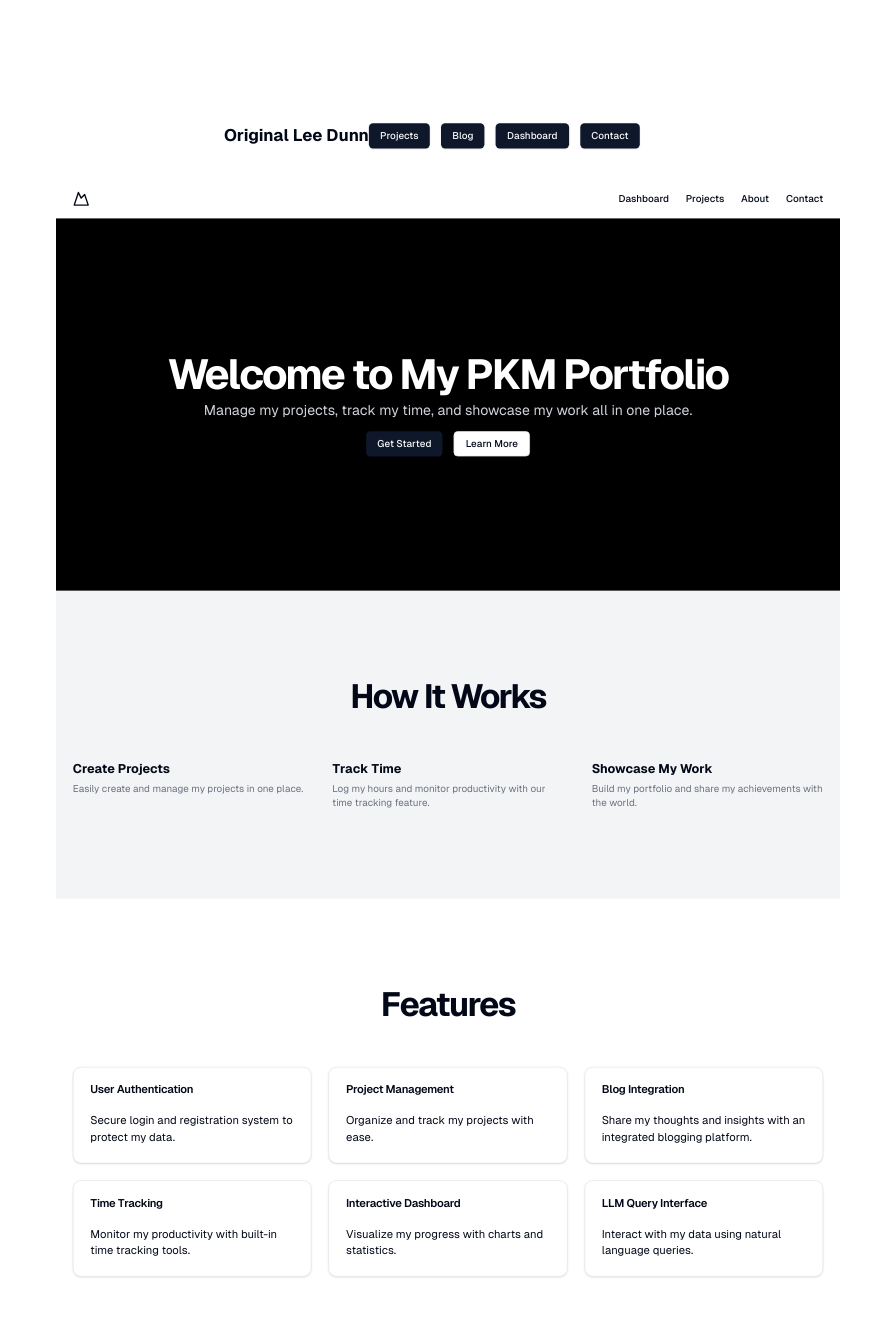
Repository: OriginalLeeDunn/pkm-portfolio
Page: /
The author's editor kept a copy of each file at every save. The page is drawn from the files as they stood at one save, then again after the next save.
The browser window is 1280 px wide. The pictures show the part of the page from y = 0 to 1920 px (the page is 3619 px tall), at 70% of full size.
The project was rebuilt for these pictures with package versions that can differ from the ones it lists, and the page was loaded fresh each time. The framework's server and built-in components were replaced by stand-ins that run in the browser. Also part of the build but not shown: next.config.mjs.

Above is the page before, as saved 2024-10-16 08:47:39.

After the next save:
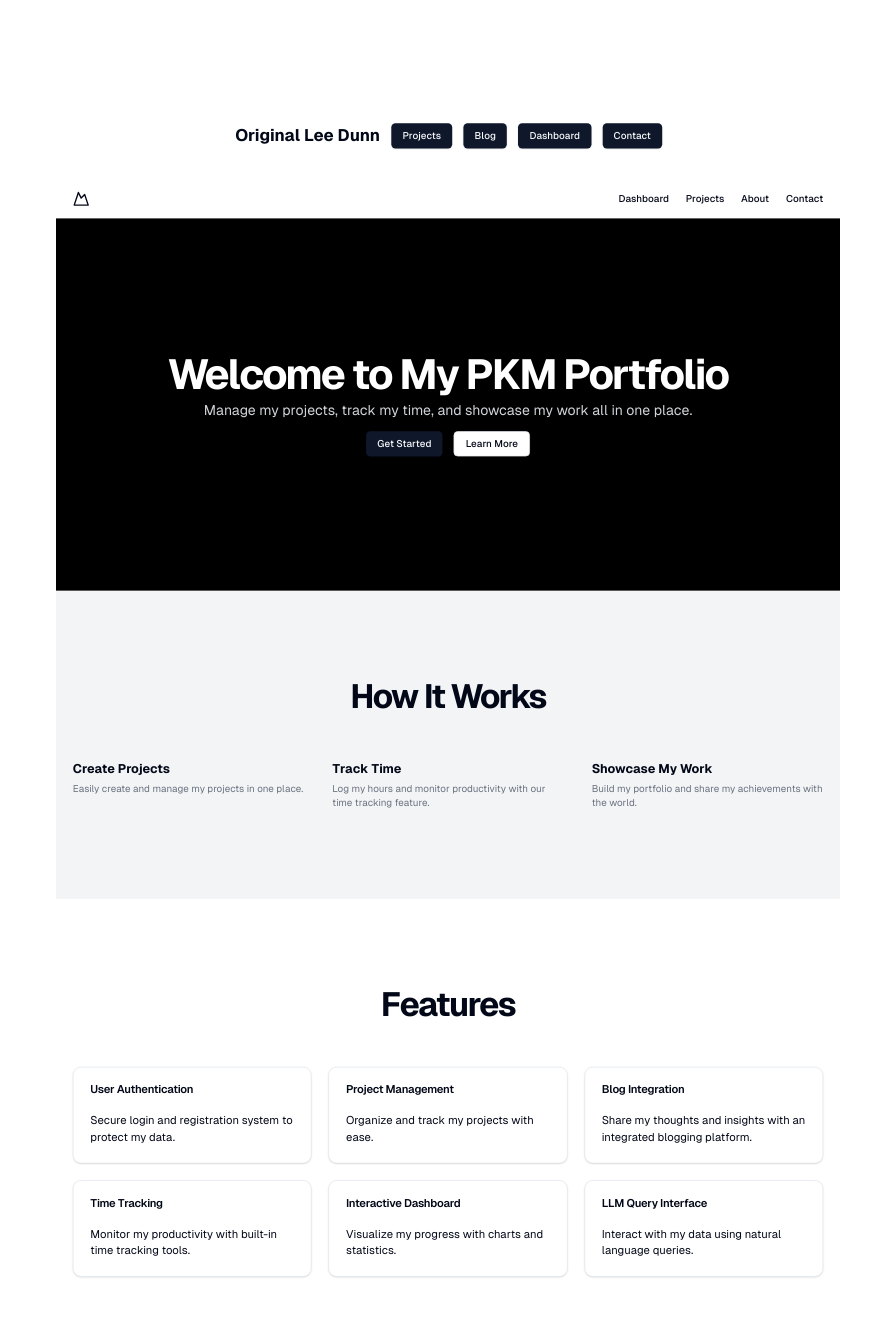
Saved 14 s later.
--- a/src/components/Header.tsx
+++ b/src/components/Header.tsx
@@ -5,7 +5,7 @@ export default function Header() {
   return (
     <header className="w-full py-3 px-20 bg-background items-center">
       <div className="container mx-auto flex justify-between px-40 items-center">
-        <Link href="/" className="text-2xl font-bold">
+        <Link href="/" className="text-2xl font-bold px-4">
           Original Lee Dunn
         </Link>
         <nav>
